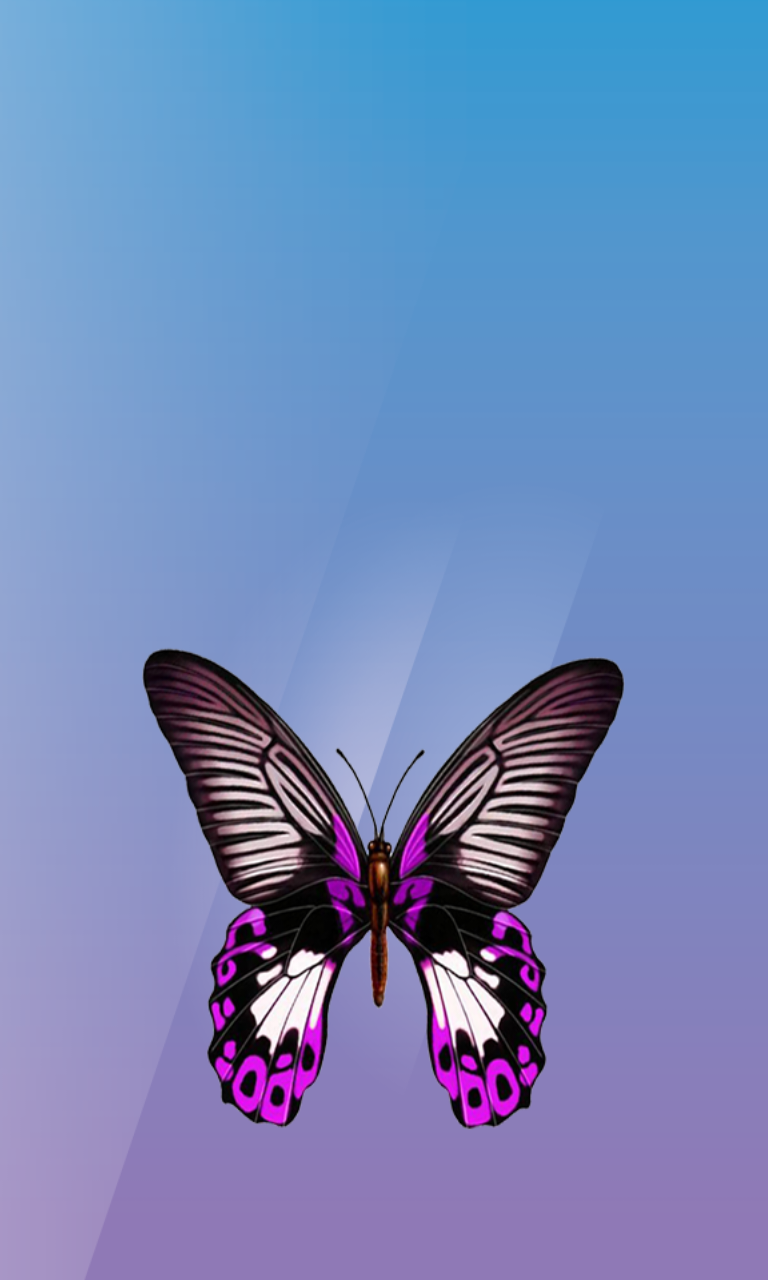
Repository: mimimy/MassagePro
Layout: BLE-Version/MassageTool/res/layout/activity_splash.xml
An editor plug-in stored every save of this project. The layout is shown before and after the next save, followed by the edit.
It is drawn on a 768 x 1280 px phone screen (xhdpi) without system bars, with theme AppTheme; the app's code is not run.

Above is the layout before, as saved 2018-07-23 13:32:01.

### BLE-Version/MassageTool/res/layout/activity_splash.xml
<RelativeLayout xmlns:android="http://schemas.android.com/apk/res/android"
    xmlns:tools="http://schemas.android.com/tools"
    android:id="@+id/rl_root"
    android:layout_width="match_parent"
    android:layout_height="match_parent"
    android:background="@drawable/bm"
    tools:context="com.example.splash.SplashActivity" >

    <ImageView
        android:id="@+id/imageView1"
        android:layout_width="wrap_content"
        android:layout_height="wrap_content"
        android:layout_alignParentBottom="true"
        android:layout_centerHorizontal="true"
        android:layout_marginBottom="75dp"
        android:src="@drawable/flying" />

</RelativeLayout>

Loaded but not shown: BLE-Version/MassageTool/res/values/styles.xml (common file); BLE-Version/MassageTool/res/values-v11/styles.xml (common file); BLE-Version/MassageTool/res/values-v14/styles.xml (common file)

After the next save:
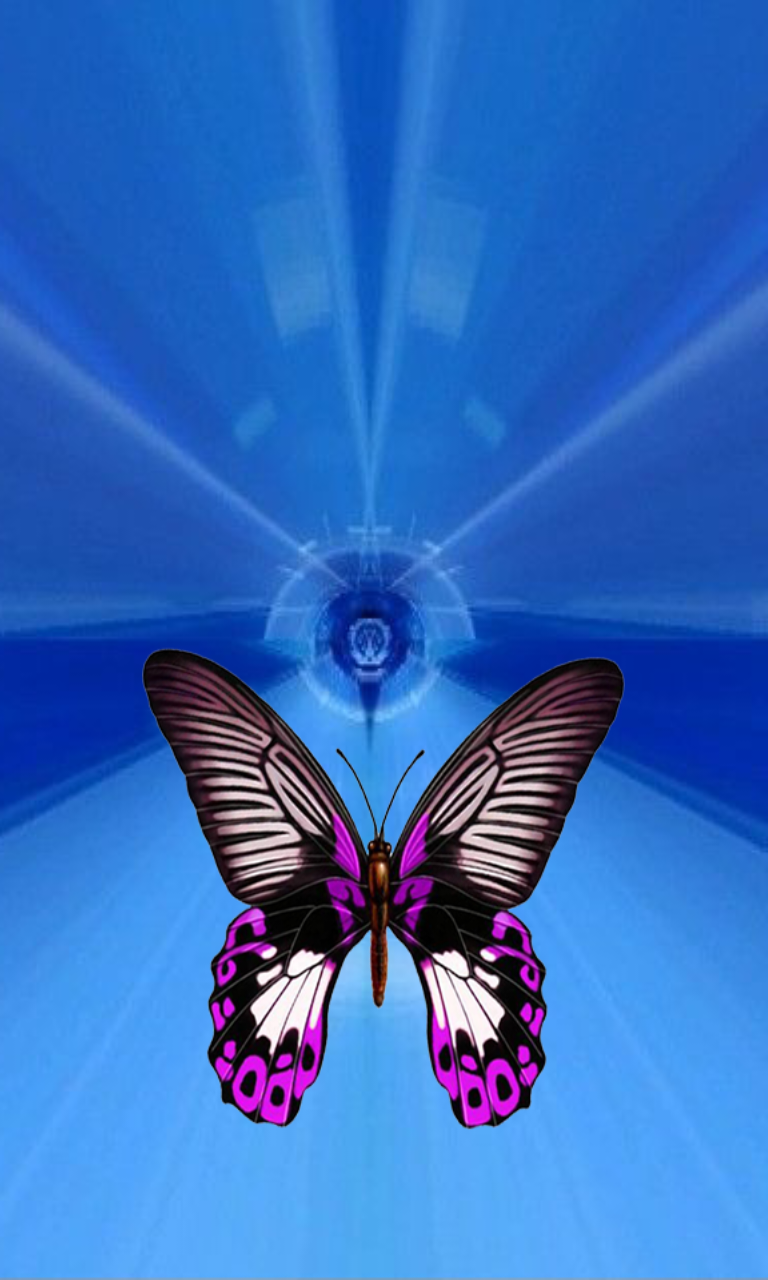
Saved 46 min 21 s later.
--- a/BLE-Version/MassageTool/res/layout/activity_splash.xml
+++ b/BLE-Version/MassageTool/res/layout/activity_splash.xml
@@ -3,7 +3,7 @@
     android:id="@+id/rl_root"
     android:layout_width="match_parent"
     android:layout_height="match_parent"
-    android:background="@drawable/bm"
+    android:background="@drawable/bgm"
     tools:context="com.example.splash.SplashActivity" >
 
     <ImageView
